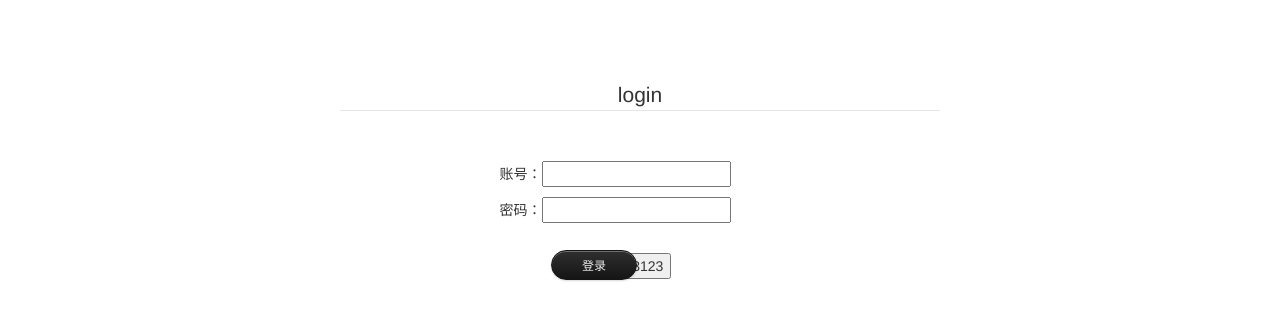
Repository: silzx/learning
Page: http://localhost/MyBatis/
These files come from the project's save history. The page is drawn as it stood at one moment and after the next save; the edit follows.
The browser window is 1280 px wide. The pictures show the whole page.
The page is served by Tomcat 9. Other server files are loaded and not shown.

Above is the page before, as saved 2017-11-13 02:19:59.
Console error (its wording comes from the project's code and is left out).

### MyBatis/WebContent/index.jsp
<%@page import="java.net.URLDecoder"%>
<%@ page language="java" import="java.util.*" pageEncoding="UTF-8"%>
<%
String path = request.getContextPath();
String basePath = request.getScheme()+"://"+request.getServerName()+":"+request.getServerPort()+path+"/";
%>

<!DOCTYPE HTML PUBLIC "-//W3C//DTD HTML 4.01 Transitional//EN">
<html>
  <head>
    <base href="<%=basePath%>">
    <link rel="stylesheet" type="text/css" href="bootstrap-3.3.7-dist/css/bootstrap.min.css">
    <link rel="stylesheet" type="text/css" href="buttons/buttons.css">
    <title>My JSP 'index.jsp' starting page</title>
	<meta http-equiv="pragma" content="no-cache">
	<meta http-equiv="cache-control" content="no-cache">
	<meta http-equiv="expires" content="0">
	<meta http-equiv="keywords" content="keyword1,keyword2,keyword3">
	<meta http-equiv="description" content="This is my page">
	<!--
	<link rel="stylesheet" type="text/css" href="styles.css">
	-->
	<style type="text/css">
		button[name='login']{position: fixed;right: 643px;top: 250px}
		button[name='reg']{position: fixed;right: 643px;top: 290px}
		#reset{position: relative;right: 25px}
		#pad{position: relative;right: 25px;}
	</style>
  </head>
  <script type="text/javascript">
  function reset(){
		document.getElementById("error").style.visibility="hidden";
		$("input[name='name']").val("");
		$("input[name='pwd']").val("");
	}
  </script>
   	<%
   		String name="";
   		String pwd="";
   		Cookie[] cs=request.getCookies();
  		if(cs!=null){
  			for(Cookie c:cs){
  					if("nameC".equals(c.getName())){
  	  					name=c.getValue();
  	  					name=URLDecoder.decode(name, "utf-8");
  	  				}
  	  				if("pwdC".equals(c.getName())){
  	  					pwd=c.getValue();
  	  				}
  			}
  		}String errorinfo="";
  		if(session.getAttribute("error")!=null){%>
<!--   			errorinfo=(String)session.getAttribute("error"); -->
			<script type="text/javascript">
				function display(){
					document.getElementById("error").style.visibility="visible";
				}
				window.onload=display;
			</script>
  		<%}
   		%>
  <body>
  <script type="text/javascript" src="jquery1.8/jquery-1.8.0.min.js"></script>
  <script src="bootstrap-3.3.7-dist/js/bootstrap.min.js"></script>
		<center>
		<br><br><br><br>
		<fieldset style="width: 600px"><legend>login</legend>
				<form action="<%=basePath%>UserAction/userLogin.action" method="post">
				<span style="color: red; visibility: hidden;" id="error" >账号或者密码错误</span><p>
				<div id="reset">
					账号：<input type="text" name="u.name" value="<%=name %>">
				</div>
				<p/>
				<div id="pad">密码：<input type="password" name="u.pwd"><p><br/></div>
				<button class="button button-raised button-pill button-inverse button-small" name="login" type="submit">登录</button>
				<button >123123</button>
				</form>
		</fieldset>
	</center>
	<%
  		session.removeAttribute("error");
  	%>
  </body>
</html>

Loaded but not shown: MyBatis/WebContent/bootstrap-3.3.7-dist/css/bootstrap.min.css (library); MyBatis/WebContent/jquery1.8/jquery-1.8.0.min.js (library); MyBatis/WebContent/bootstrap-3.3.7-dist/js/bootstrap.min.js (library); MyBatis/WebContent/buttons/buttons.css (1492 lines, source omitted)

After the next save:
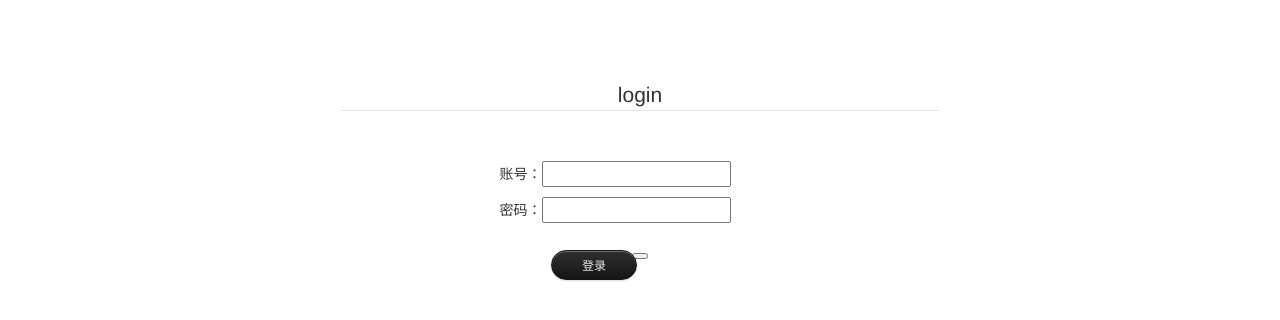
Saved 24 s later.
--- a/MyBatis/WebContent/index.jsp
+++ b/MyBatis/WebContent/index.jsp
@@ -73,7 +73,7 @@ String basePath = request.getScheme()+"://"+request.getServerName()+":"+request.
 				<p/>
 				<div id="pad">密码：<input type="password" name="u.pwd"><p><br/></div>
 				<button class="button button-raised button-pill button-inverse button-small" name="login" type="submit">登录</button>
-				<button >123123</button>
+				<button value="123123"></button>
 				</form>
 		</fieldset>
 	</center>
